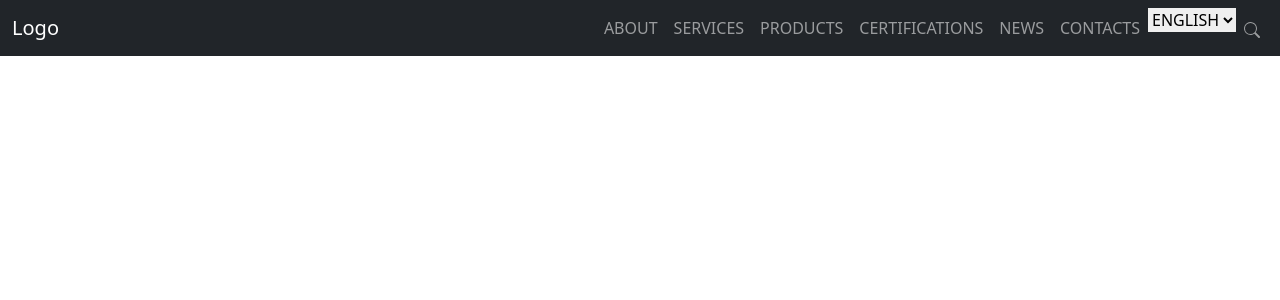
Repository: nourHellani/Buckler
Page: index.html
An editor plug-in stored every save of this project. The page is shown before and after a run of saves, followed by the edit.
The browser window is 1280 px wide. The pictures show the whole page.

Above is the page before, as saved 2023-02-13 11:34:55.

After the next 2 saves:
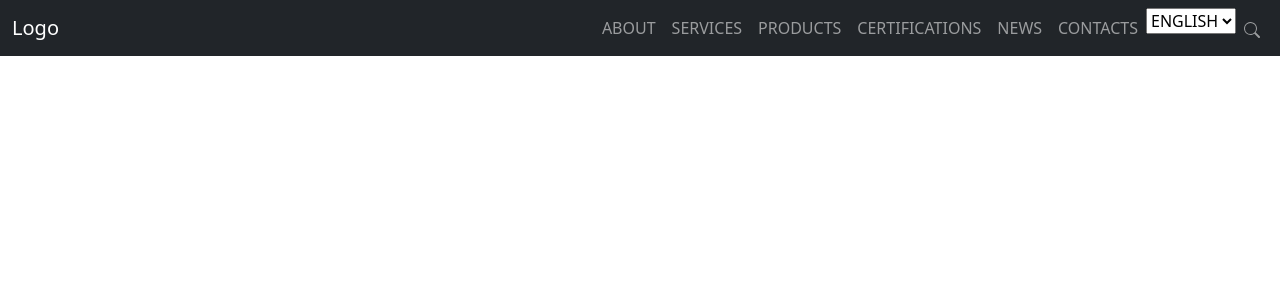
The 2 saves are shown as one change because they came seconds apart.
The last was saved 8 s later.
--- a/index.html
+++ b/index.html
@@ -40,7 +40,7 @@
                         <a class="nav-link" href="javascript:void(0)">CONTACTS</a>
                       </li>
                       <li class="nav-item ">
-                        <select  class="border-0 bg-" >
+                        <select  class="border-" >
                             <option selected>ENGLISH</option>
                             <option value="1">ARABIC</option>
                         </select>
